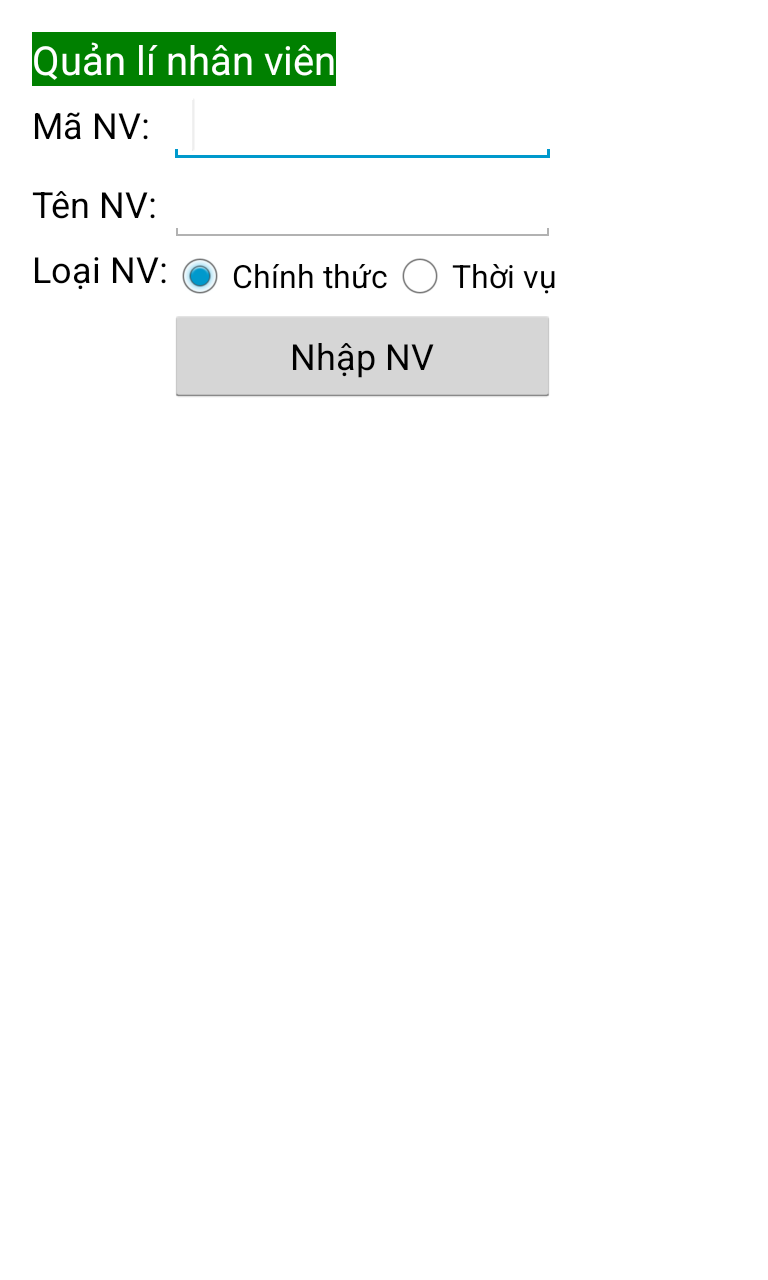
Repository: huynhnhatha/Android
Layout: Bai13/Truong_hop_4/res/layout/activity_main.xml
The author's editor kept a copy of each file at every save. The layout is drawn from the files as they stood at one save, then again after the next save.
It is drawn on a 768 x 1280 px phone screen (xhdpi) without system bars, with theme AppTheme; the app's code is not run. Lists and similar views that code fills are empty.

Above is the layout before, as saved 2017-05-17 08:59:08.

### Bai13/Truong_hop_4/res/layout/activity_main.xml
<LinearLayout xmlns:tools="http://schemas.android.com/tools"
    xmlns:android="http://schemas.android.com/apk/res/android"
    android:id="@+id/LinearLayout1"
    android:layout_width="match_parent"
    android:layout_height="match_parent"
    android:orientation="vertical"
    android:paddingBottom="@dimen/activity_vertical_margin"
    android:paddingLeft="@dimen/activity_horizontal_margin"
    android:paddingRight="@dimen/activity_horizontal_margin"
    android:paddingTop="@dimen/activity_vertical_margin"
    tools:context=".MainActivity" >

    <TextView
        android:id="@+id/textView1"
        android:layout_width="wrap_content"
        android:layout_height="wrap_content"
        android:background="#008000"
        android:gravity="center"
        android:text="Quản lí nhân viên"
        android:textColor="#FFFFFF"
        android:textSize="20sp"/>

    <TableLayout
        android:layout_width="match_parent"
        android:layout_height="wrap_content" >

        <TableRow
            android:id="@+id/tableRow1"
            android:layout_width="wrap_content"
            android:layout_height="wrap_content" >

            <TextView
                android:id="@+id/textView2"
                android:layout_width="wrap_content"
                android:layout_height="wrap_content"
                android:text="Mã NV:"
                android:textAppearance="?android:attr/textAppearanceMedium" />

            <EditText
                android:id="@+id/editMa"
                android:layout_width="wrap_content"
                android:layout_height="wrap_content"
                android:layout_span="2"
                android:ems="10" >

                <requestFocus />
            </EditText>
        </TableRow>

        <TableRow
            android:id="@+id/tableRow2"
            android:layout_width="wrap_content"
            android:layout_height="wrap_content" >

            <TextView
                android:id="@+id/textView3"
                android:layout_width="wrap_content"
                android:layout_height="wrap_content"
                android:text="Tên NV:"
                android:textAppearance="?android:attr/textAppearanceMedium" />

            <EditText
                android:id="@+id/editTen"
                android:layout_width="wrap_content"
                android:layout_height="wrap_content"
                android:layout_span="2"
                android:ems="10" />
        </TableRow>

        <TableRow
            android:id="@+id/tableRow3"
            android:layout_width="wrap_content"
            android:layout_height="wrap_content" >

            <TextView
                android:id="@+id/textView4"
                android:layout_width="wrap_content"
                android:layout_height="wrap_content"
                android:text="Loại NV:"
                android:textAppearance="?android:attr/textAppearanceMedium" />

            <RadioGroup
                android:id="@+id/radioGroup1"
                android:orientation="horizontal">

                <RadioButton
                    android:id="@+id/radChinhthuc"
                    android:layout_width="wrap_content"
                    android:layout_height="wrap_content"
                    android:checked="true"
                    android:text="Chính thức" />

                <RadioButton
                    android:id="@+id/radThoivu"
                    android:layout_width="wrap_content"
                    android:layout_height="wrap_content"
                    android:text="Thời vụ" />
            </RadioGroup>

        </TableRow>

        <TableRow
            android:id="@+id/tableRow4"
            android:layout_width="wrap_content"
            android:layout_height="wrap_content" >

            <Button
                android:id="@+id/btnnhap"
                android:layout_width="wrap_content"
                android:layout_height="wrap_content"
                android:layout_column="1"
                android:text="Nhập NV" />

        </TableRow>
    </TableLayout>

    <TextView
        android:id="@+id/textView5"
        android:layout_width="wrap_content"
        android:layout_height="wrap_content"
        android:background="#008000"
        android:textAppearance="?android:attr/textAppearanceMedium" />

    <ListView
        android:id="@+id/lvnhanvien"
        android:layout_width="match_parent"
        android:layout_height="wrap_content" >
    </ListView>

</LinearLayout>

Loaded but not shown: Bai13/Truong_hop_4/res/values/styles.xml (common file); Bai13/Truong_hop_4/res/values-v11/styles.xml (common file); Bai13/Truong_hop_4/res/values-v14/styles.xml (common file); Bai13/Truong_hop_4/res/values/dimens.xml (common file)

After the next save:
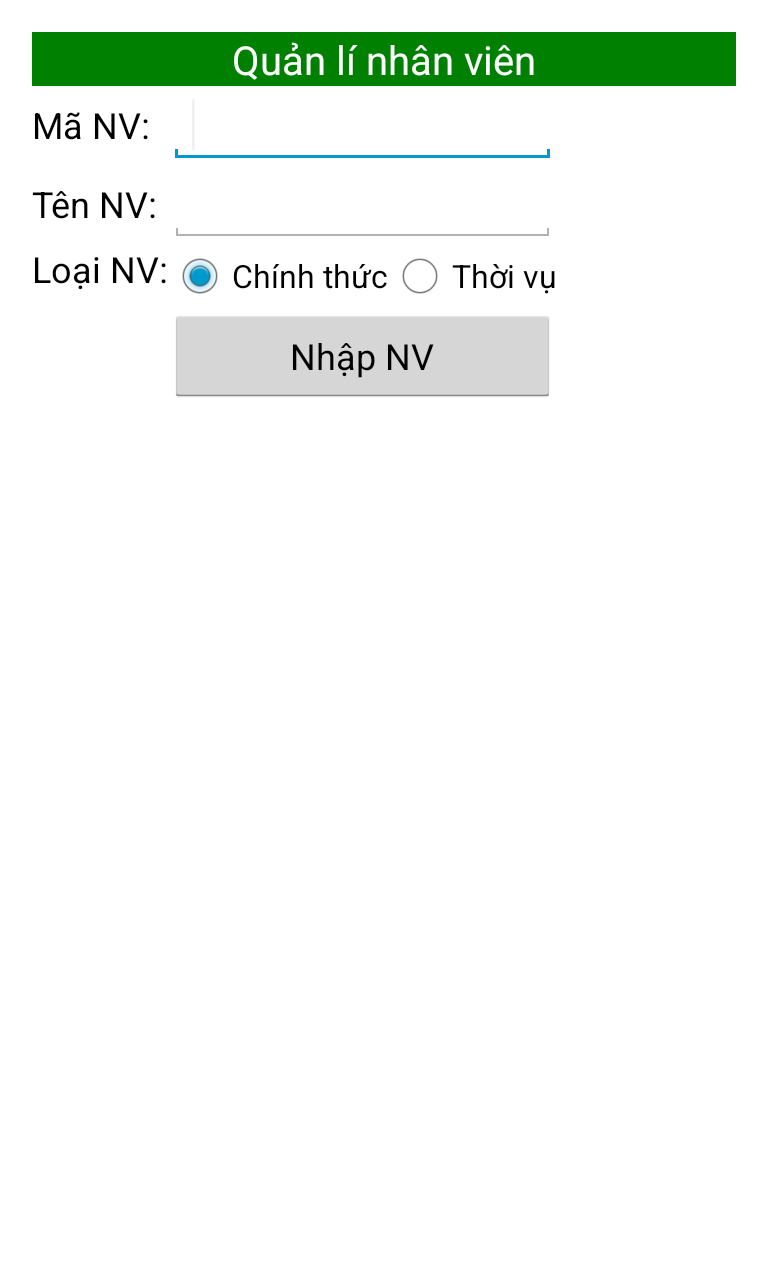
Saved 34 s later.
--- a/Bai13/Truong_hop_4/res/layout/activity_main.xml
+++ b/Bai13/Truong_hop_4/res/layout/activity_main.xml
@@ -12,13 +12,13 @@
 
     <TextView
         android:id="@+id/textView1"
-        android:layout_width="wrap_content"
+        android:layout_width="match_parent"
         android:layout_height="wrap_content"
         android:background="#008000"
         android:gravity="center"
         android:text="Quản lí nhân viên"
         android:textColor="#FFFFFF"
-        android:textSize="20sp"/>
+        android:textSize="20sp" />
 
     <TableLayout
         android:layout_width="match_parent"
